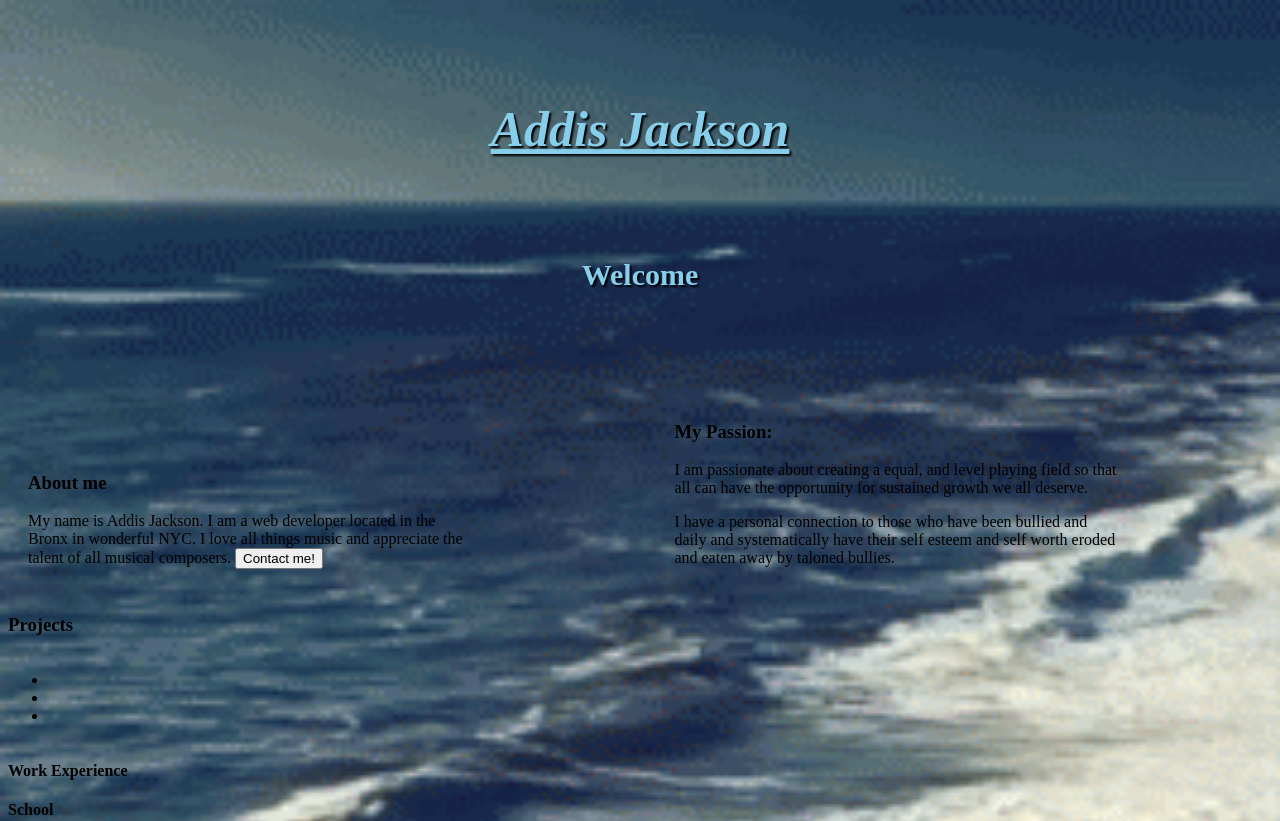
Repository: 10-2-pursuit/lab-design-assets
Page: index.html
The author's editor kept a copy of each file at every save. The page is drawn from the files as they stood at one save, then again after the next save.
The browser window is 1280 px wide. The pictures show the part of the page from y = 0 to 821 px (the page is 1769 px tall).
A picture or video elsewhere on the page could not be fetched, so the positions and the page height are approximate.

Above is the page before, as saved 2023-07-16 04:52:59.

### index.html
<!DOCTYPE html>
<html lang="en">
  <head>
    <meta charset="UTF-8" />
    <meta http-equiv="X-UA-Compatible" content="IE=edge" />
    <meta name="viewport" content="width=device-width, initial-scale=1.0" />
    <link rel="stylesheet" href="style.css" />
    <title>MY PORTFOLIO</title>
  </head>
  <body>
    <header>
      <h1>Addis Jackson</h1>
    </header>
    <main>
      <section>
        <h2>Welcome</h2>
        <article for="about" class="about">
          <h3>About me</h3>
          <p>
            My name is Addis Jackson.
            I am a web developer located in the Bronx in wonderful NYC.
            I love all things music and appreciate the talent of all musical composers.
            <button>Contact me!</button>
          </p>
        </article>
        <article for="passion" class="passion">
          <h3>My Passion:</h3>
          <p>I am passionate about creating a equal, and level playing field so that all can have the opportunity for sustained growth we all deserve.</p>
          <p>I have a personal connection to those who have been bullied and daily and systematically have their self esteem and self worth eroded and eaten away by taloned bullies.</p>

        </article>
      </section>
      <section>
        <h3>Projects</h3>
        <article>
          <ul>
            <!-- TO DO LINK TO THE THREE LABS OR PROJECTS YOU ARE MOST PROUD OF SO FAR -->
            <li><a href=""></a></li>
            <li><a href=""></a></li>
            <li><a href=""></a></li>
          </ul>
        </article>
      </section>
    </main>
    <aside>
      <h4>Work Experience</h4>
      <!-- add whatever details you want here -->
      <h4>School</h4>
      <!-- add whatever details you want here -->
    </aside>
    <footer>
      <ul>
        <li>
          <!-- TO DO UPDATE LINKS TO GO TO YOUR PROFILES/EMAIL -->
          <a href="https://www.linkedin.com/"
            ><img src="./assets/LinkedIn-Logos/LI-Logo.png" alt=""
          /></a>
        </li>
        <li>
          <a href="https://github.com"
            ><img src="./assets/github-mark/github-mark.png" alt=""
          /></a>
        </li>
        <li>
          <a href="mailto:YOUR@EMAIL.HERE"
            ><img src="./assets/email-g8e9fd44a3_640.png" alt="Email me"
          /></a>
        </li>
      </ul>
    </footer>
  </body>
</html>

### style.css
body {
    background-image: url("./assets/waves-beach.gif");
    background-repeat: no-repeat;
    background-size: cover;
}

h1 {
    font-size: 50px;
    color: skyblue;
    text-align: center;
    margin-top: 100px;
    margin-bottom: 100px;
    text-shadow: 2px 2px 2px black;
    font-weight: bold;
    font-family: Calibri Light, Calibri,;
    font-style: italic;
    text-decoration: underline;
}

h2 {
    font-size: 30px;
    color: skyblue;
    text-align: center;
    margin-top: 100px;
    margin-bottom: 100px;
    text-shadow: 2px 2px 2px black;
    font-weight: bold;
    font-family: fantasy;
}

article {
    display: inline-block;
}

.about {
    text-align: left;
    margin-top: 10px;
    margin-bottom: 10px;
    margin-left: 20px;
    margin-right: 200px;
    width: 35%
}

.about p {
    word-wrap: width ;
}
.passion p {
    word-wrap: width ;
}

.passion {

    text-align: left;
    margin-top: 10px;
    margin-bottom: 10px;
    margin-right: 20px;
    width: 35%
}

After the next save:
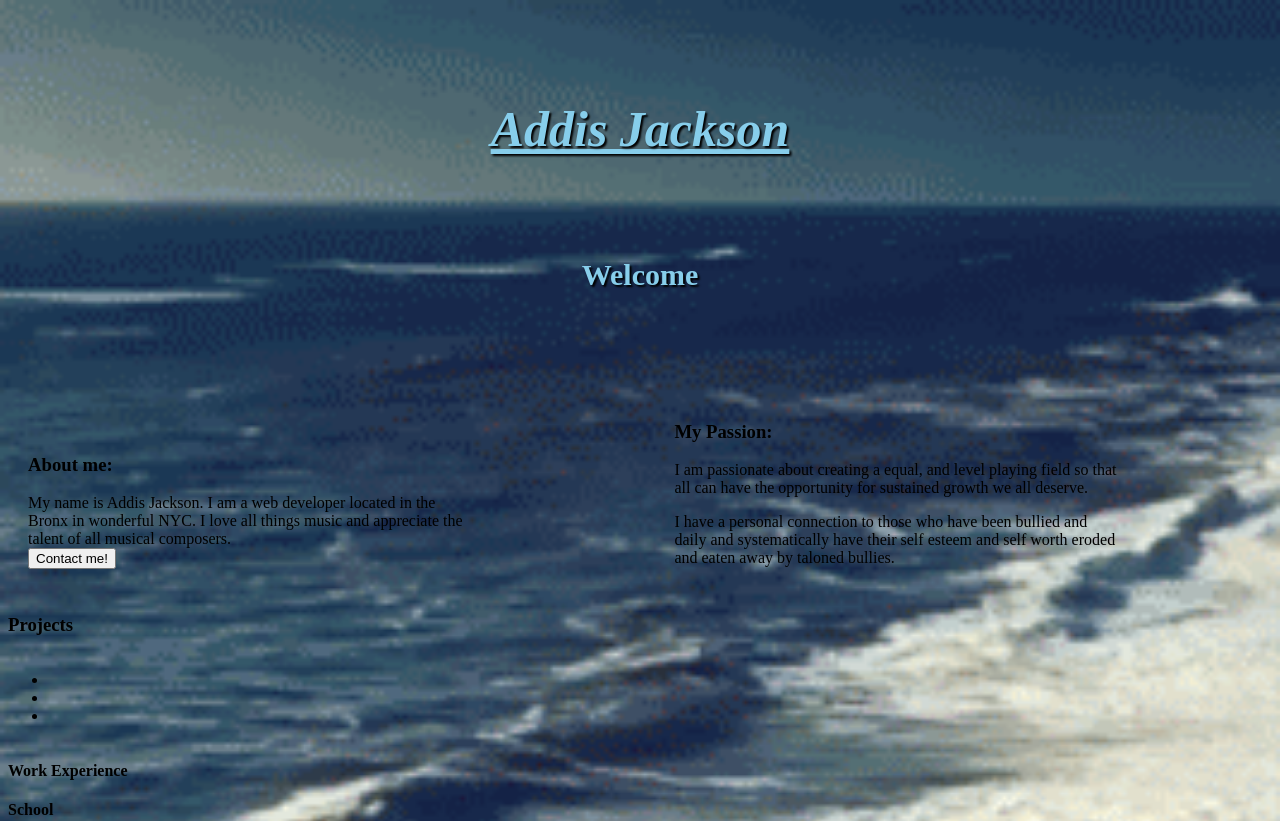
Saved 56 s later.
--- a/index.html
+++ b/index.html
@@ -15,11 +15,12 @@
       <section>
         <h2>Welcome</h2>
         <article for="about" class="about">
-          <h3>About me</h3>
+          <h3>About me:</h3>
           <p>
             My name is Addis Jackson.
             I am a web developer located in the Bronx in wonderful NYC.
             I love all things music and appreciate the talent of all musical composers.
+            <br>
             <button>Contact me!</button>
           </p>
         </article>
